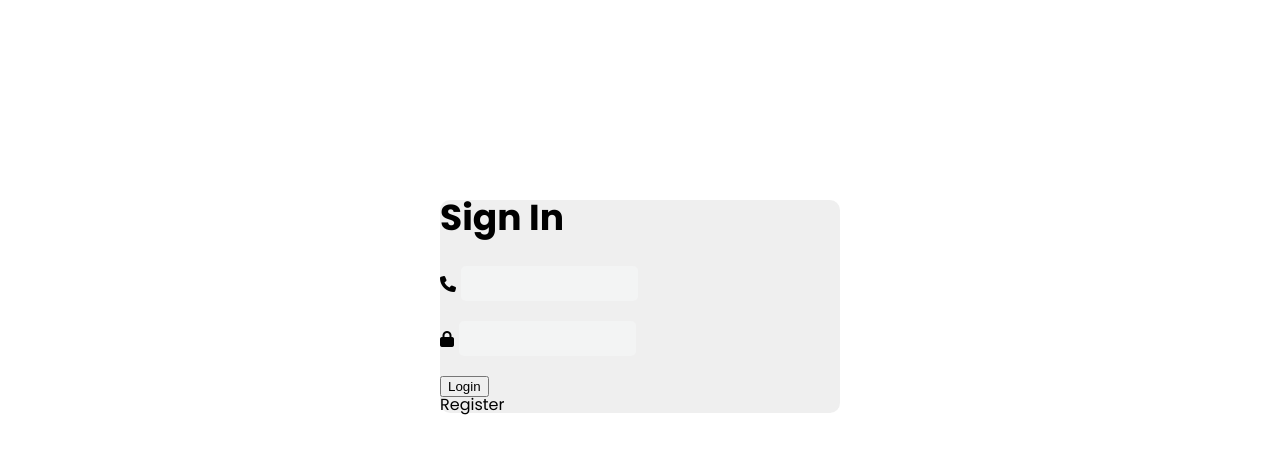
Repository: haphuocsang1801/github-group4
Page: login.html
An editor plug-in stored every save of this project. The page is shown before and after a run of saves, followed by the edit.
The browser window is 1280 px wide. The pictures show the whole page.
Some web libraries are served in a nearby version. The style sheet was rebuilt from its Sass, Less or Tailwind sources for each picture, by a compiler version that may differ from the author's.

Above is the page before, as saved 2021-09-17 16:26:51.

After the next 2 saves:
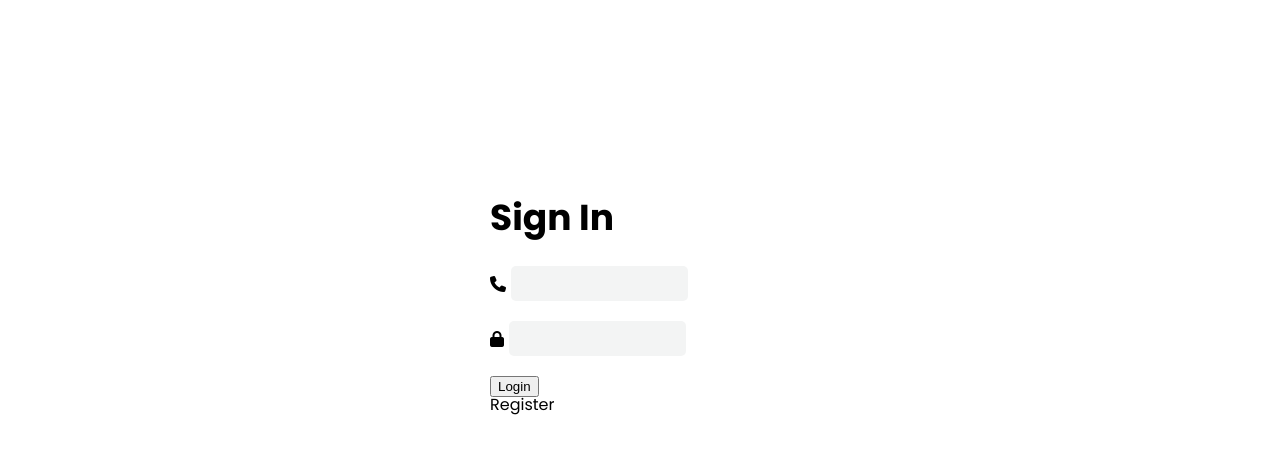
The 2 saves are shown as one change because they came seconds apart.
The last was saved 8 s later.
--- a/scss/_login.scss
+++ b/scss/_login.scss
@@ -18,10 +18,3 @@
     border-radius: 5px;
   }
 }
-.container-login{
-    align-items: center;
-    width: 400px;
-    height: auto;
-    border-radius: 10px;
-    background-color: #eeee;
-}
